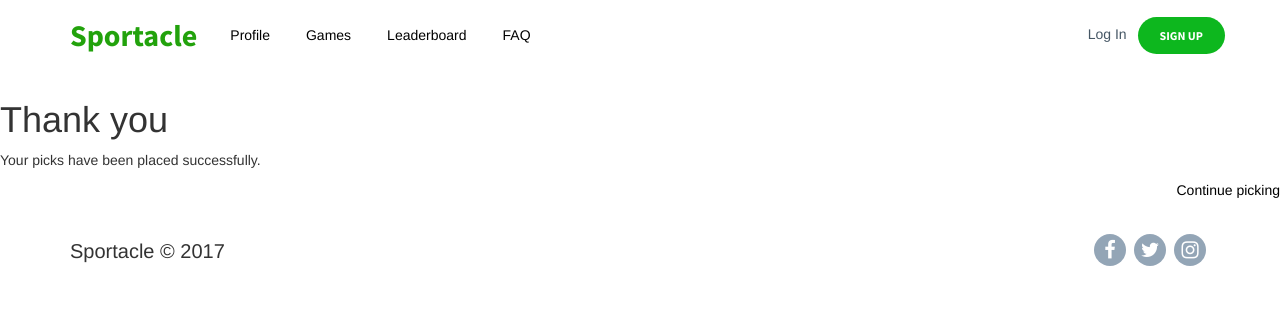
Repository: hartigan89/sportacle
Page: templates/picks/created.html
The author's editor kept a record of every edit. The page is drawn from the files as they stood at one moment, then again after the next edit.
The browser window is 1280 px wide. The pictures show the whole page.
The template is drawn by Django 2.2. The application's start-up code is not run. Other server files are loaded and not shown. The template is opened directly, without the code that normally fills it, so the values that code supplies are empty.

Above is the page before.

### templates/picks/created.html
{% extends "base/base.html" %}
{% block title %}Sportacle{% endblock %}

{% block content %}
    <h1>Thank you</h1>
    <p>Your picks have been placed successfully.</p>
    <p class="text-right">
        <a href="{% url "gamelist" %}" class="button light">Continue picking</a>
    </p>
{% endblock %}

### templates/base/base.html
{% load static %}
<!DOCTYPE html>
<html>

<head>
    <meta charset="utf-8">
    <meta name="viewport" content="width=device-width, initial-scale=1.0">
    <link href="{% static "base/bootstrap/css/bootstrap.min.css" %}" rel="stylesheet">
    <link href="{% static "base/fonts/ionicons.min.css" %}" rel="stylesheet">
    <link href="{% static "base/fonts/font-awesome.min.css" %}" rel="stylesheet">
    <link href="{% static "base/css/site-footer.css" %}" rel="stylesheet">
    <link href="{% static "base/css/Navigation-with-Button1.css" %}" rel="stylesheet">
    <link href="{% static "base/css/styles.css" %}" rel="stylesheet">
    <link rel="stylesheet" href="https://fonts.googleapis.com/css?family=Source+Sans+Pro:300,400,700,400italic">
    <link rel="stylesheet" href="{% static "faq/bootstrap/css/bootstrap.min.css" %}">
    <link rel="stylesheet" href="{% static "faq/css/FAQ-Frequentlly-Asked-Questions.css" %}">
    <link rel="stylesheet" href="{% static "faq/css/FAQ-Frequentlly-Asked-Questions1.css" %}">
    <link rel="stylesheet" href="{% static "css/styles.css" %}">
</head>

<body>
    <div>
        <nav class="navbar navbar-fixed-top navigation-clean-button">
            <div class="container">
                <div class="navbar-header"><a class="navbar-brand navbar-link" href="{% url "landing" %}" style="color:rgb(34,162,12);font-size:30px;font-family:Source Sans Pro;">Sportacle </a>
                    <button class="navbar-toggle collapsed" data-toggle="collapse" data-target="#navcol-1"><span class="sr-only">Toggle navigation</span><span class="icon-bar"></span><span class="icon-bar"></span><span class="icon-bar"></span></button>
                </div>
                <div class="collapse navbar-collapse" id="navcol-1">
                    <ul class="nav navbar-nav">
                        {% if user.is_authenticated %}
                            <li role="presentation"><a href="{% url "profile" request.user.username %}">Profile </a></li>
                        {% else %}
                            <li role="presentation"><a href="{% url "login" %}">Profile </a></li>
                        {% endif %}
                        <li role="presentation"><a href="{% url "gamelist" %}">Games </a></li>
                        <li role="presentation"><a href="{% url "leaderboard" %}">Leaderboard </a></li>
                        <li role="presentation"><a href="#">FAQ </a></li>
                    </ul>
                    <p class="navbar-text navbar-right actions">
                        {% if user.is_authenticated %}
                            {% with total_items=cart|length %}
                                {% if cart|length > 0 %}
                                    Your pick card:
                                    <a href="{% url "cart:cart_detail" %}">
                                        {{ total_items }} pick{{ total_items|pluralize }}
                                    </a>
                                     |
                                {% else %}
                                    Your card is empty |
                                {% endif %}
                            {% endwith %}
                            Logged in as: <a href="{% url "profile" request.user.username %}">{{ user.get_username }}</a> |
                            <a href="{% url "logout" %}">Log Out</a>
                        {% else %}
                            <a class="navbar-link login" href="{% url "login" %}">Log In</a> <a class="btn btn-default action-button" role="button" href="{% url "landing" %}" style="background-color:rgb(13,183,30);">Sign Up</a>
                        {% endif %}
                    </p>
                </div>
            </div>
        </nav>
    </div>

    <div>
        {% block content %}
        {% endblock %}
    </div>

    <div>
        <footer class="site-footer">
            <div class="container">
                <div class="row">
                    <div class="col-sm-6">
                        <h5>Sportacle © 2017</h5></div>
                    <div class="col-sm-6 social-icons"><a href="#"><i class="fa fa-facebook"></i></a><a href="#"><i class="fa fa-twitter"></i></a><a href="#"><i class="fa fa-instagram"></i></a></div>
                </div>
            </div>
    </footer>
    </div>
    <script src={% static "base/js/jquery.min.js" %}></script>
    <script src={% static "base/bootstrap/js/bootstrap.min.js" %}></script>
</body>

</html>

### static/base/css/site-footer.css
.site-footer {
  padding:20px 0;
  text-align:center;
}

@media (min-width:768px) {
  .site-footer h5 {
    text-align:left;
  }
}

.site-footer h5 {
  color:inherit;
  font-size:20px;
}

.site-footer .social-icons a:hover {
  opacity:1;
}

.site-footer .social-icons a {
  display:inline-block;
  width:32px;
  border:none;
  font-size:20px;
  border-radius:50%;
  margin:4px;
  color:#fff;
  text-align:center;
  background-color:#798FA5;
  height:32px;
  opacity:0.8;
  line-height:32px;
}

@media (min-width:768px) {
  .site-footer .social-icons {
    text-align:right;
  }
}

### static/base/css/Navigation-with-Button1.css
.navbar {
  margin-bottom:0;
}

.subnav {
  margin:0;
  top: 0px;
  z-index: 1020;
  background-color: rgb(247,247,247);
  border-bottom: 1px solid #E1E1E1;
  padding: 8px 0px 0px 0px;
}

.subnav.affix {
  position: fixed;
  top: 0;
  width: 100%;
  z-index:10;
}

.navigation-clean-button {
  background:#fff;
  padding-top:10px;
  padding-bottom:10px;
  color:#333;
  border-radius:0;
  box-shadow:none;
  border:none;
  margin-bottom:0;
}

@media (max-width:767px) {
  .navigation-clean-button {
    padding-top:0;
    padding-bottom:0;
  }
}

@media (max-width:767px) {
  .navigation-clean-button .navbar-header {
    padding-top:10px;
    padding-bottom:10px;
  }
}

@media (max-width:767px) {
  .navigation-clean-button .navbar-right {
    margin-bottom:20px;
  }
}

.navigation-clean-button .navbar-brand {
  font-weight:bold;
  color:inherit;
}

.navigation-clean-button .navbar-brand:hover {
  color:#222;
}

.navigation-clean-button.navbar-inverse .navbar-brand:hover {
  color:#f0f0f0;
}

.navigation-clean-button .navbar-brand img {
  height:100%;
  display:inline-block;
  margin-right:10px;
  width:auto;
}

.navigation-clean-button .navbar-toggle {
  border-color:#ddd;
}

.navigation-clean-button .navbar-toggle:hover, .navigation-clean-button .navbar-toggle:focus {
  background:none;
}

.navigation-clean-button.navbar-inverse .navbar-toggle {
  border-color:#555;
}

.navigation-clean-button .navbar-toggle .icon-bar {
  background-color:#888;
}

.navigation-clean-button.navbar-inverse .navbar-toggle .icon-bar {
  background-color:#eee;
}

.navigation-clean-button .navbar-collapse, .navigation-clean-button .navbar-form {
  border-top-color:#ddd;
}

.navigation-clean-button.navbar-inverse .navbar-collapse, .navigation-clean-button.navbar-inverse .navbar-form {
  border-top-color:#333;
}

.navigation-clean-button .navbar-nav > .active > a, .navigation-clean-button .navbar-nav > .open > a {
  background:none;
  box-shadow:none;
}

.navigation-clean-button.navbar-default .navbar-nav > .active > a, .navigation-clean-button.navbar-default .navbar-nav > .active > a:focus, .navigation-clean-button.navbar-default .navbar-nav > .active > a:hover {
  color:#8f8f8f;
  box-shadow:none;
  background:none;
  pointer-events:none;
}

.navigation-clean-button.navbar .navbar-nav > li > a {
  padding-left:18px;
  padding-right:18px;
}

.navigation-clean-button.navbar-default .navbar-nav > li > a {
  color:#465765;
}

.navigation-clean-button.navbar-default .navbar-nav > li > a:focus, .navigation-clean-button.navbar-default .navbar-nav > li > a:hover {
  color:#37434d !important;
  background-color:transparent;
}

.navigation-clean-button .navbar-nav > li > .dropdown-menu {
  margin-top:-5px;
  box-shadow:0 4px 8px rgba(0,0,0,.1);
  background-color:#fff;
  border-radius:2px;
}

.navigation-clean-button .dropdown-menu > li > a:focus, .navigation-clean-button .dropdown-menu > li > a {
  line-height:2;
  font-size:14px;
  color:#37434d;
}

.navigation-clean-button .dropdown-menu > li > a:focus, .navigation-clean-button .dropdown-menu > li > a:hover {
  background:#eee;
  color:inherit;
}

@media (max-width:767px) {
  .navigation-clean-button .navbar-nav .open .dropdown-menu {
    box-shadow:none;
  }
}

@media (max-width:767px) {
  .navigation-clean-button .navbar-nav .open .dropdown-menu > li > a {
    color:#37434d;
    padding-top:12px;
    padding-bottom:12px;
    line-height:1;
  }
}

.navigation-clean-button.navbar-inverse {
  background-color:#1f2021;
  color:#fff;
}

.navigation-clean-button.navbar-inverse .navbar-nav > .active > a, .navigation-clean-button.navbar-inverse .navbar-nav > .active > a:focus, .navigation-clean-button.navbar-inverse .navbar-nav > .active > a:hover {
  color:#8f8f8f;
  box-shadow:none;
  background:none;
  pointer-events:none;
}

.navigation-clean-button.navbar-inverse .navbar-nav > li > a {
  color:#dfe8ee;
}

.navigation-clean-button.navbar-inverse .navbar-nav > li > a:focus, .navigation-clean-button.navbar-inverse .navbar-nav > li > a:hover {
  color:#fff !important;
  background-color:transparent;
}

.navigation-clean-button.navbar-inverse .navbar-nav > li > .dropdown-menu {
  background-color:#1f2021;
}

.navigation-clean-button.navbar-inverse .dropdown-menu > li > a:focus, .navigation-clean-button.navbar-inverse .dropdown-menu > li > a {
  color:#f2f5f8;
}

.navigation-clean-button.navbar-inverse .dropdown-menu > li > a:focus, .navigation-clean-button.navbar-inverse .dropdown-menu > li > a:hover {
  background:#363739;
}

@media (max-width:767px) {
  .navigation-clean-button.navbar-inverse .navbar-nav .open .dropdown-menu > li > a {
    color:#fff;
  }
}

.navigation-clean-button .actions {
  margin-top:7px;
  margin-bottom:0;
}

.navigation-clean-button .actions .login {
  margin-right:7px;
  text-decoration:none;
  color:#465765;
}

.navigation-clean-button.navbar-inverse .actions .login {
  color:#dfe8ee;
}

.navigation-clean-button.navbar-inverse .actions .login:hover {
  color:#fff;
}

.navigation-clean-button .action-button, .navigation-clean-button .action-button:active {
  background:#07ac0b;
  border-radius:20px;
  color:#fff;
  box-shadow:none;
  border:none;
  text-shadow:none;
  padding:10px 22px;
  transition:background-color 0.25s;
  text-transform: uppercase;
  font-size: 12px;
  font-family:Source Sans Pro;
}

.navigation-clean-button .action-button:hover {
  background: #3aa33d;
}

.navigation-clean-button .plain-button, .navigation-clean-button .plain-button:active {
  background:#8b8f96;
  border-radius:20px;
  color:#fff;
  box-shadow:none;
  border:none;
  text-shadow:none;
  padding:10px 22px;
  transition:background-color 0.25s;
  text-transform: uppercase;
  font-size: 12px;
  font-family:Source Sans Pro;
}

.navigation-clean-button .plain-button:hover {
  background: #939496;
}

.navigation-clean-button.navbar-inverse .action-button, .navigation-clean-button.navbar-inverse .action-button:active {
  background:#208f8f;
}

.navigation-clean-button.navbar-inverse .action-button:hover {
  background:#269d9d;
}

### static/base/css/styles.css
body {
    padding-top: 80px;
  }

a {
    color:#000000;
}

a:hover {
    color:#07ac0b;
}

.btn {
    background:#fff;
    padding-top:10px;
    padding-bottom:10px;
    color:#333;
    box-shadow:none;
    border:none;
    margin-bottom:0;
    font-weight: 700;
    text-transform: uppercase;
    font-size: 12px;
    font-family: Source Sans Pro;
}

.btn:focus, .btn:active:focus, .btn.active:focus {
    outline: 0 none;
}

.btn-primary {
    background:#07ac0b;
    color:#fff;
    box-shadow:none;
    border:none;
    text-shadow:none;
    padding:10px 22px;
    transition:background-color 0.25s;
}

.btn-primary:hover, .btn-primary:focus, .btn-primary:active, .btn-primary.active, .open > .dropdown-toggle.btn-primary {
    background: #3aa33d;
    color: #fff;
}

.btn-primary:active, .btn-primary.active {
    background: #3aa33d;
    box-shadow: none;
}

.btn-remove {
    background:#8b8f96;
    color:#fff;
    box-shadow:none;
    border:none;
    text-shadow:none;
    padding:10px 22px;
    transition:background-color 0.25s;
}

.btn-remove:hover, .btn-remove:focus, .btn-remove:active, .btn-remove.active, .open > .dropdown-toggle.btn-remove {
    background: #ff0000;
    color: #fff;
}

.btn-remove:active, .btn-remove.active {
    background: #ff0000;
    box-shadow: none;
}

.btn-switch {
    background:#8b8f96;
    color:#fff;
    box-shadow:none;
    border:none;
    text-shadow:none;
    padding:10px 22px;
    transition:background-color 0.25s;
}

.btn-switch:hover, .btn-switch:focus, .btn-switch:active, .btn-switch.active, .open > .dropdown-toggle.btn-switch {
    background: #4286f4;
    color: #fff;
}

.btn-switch:active, .btn-switch.active {
    background: #4286f4;
    box-shadow: none;
}

.btn-plain {
    background:#8b8f96;
    color:#fff;
    box-shadow:none;
    border:none;
    text-shadow:none;
    padding:10px 22px;
    transition:background-color 0.25s;
}

.btn-plain:hover, .btn-plain:focus, .btn-plain:active, .btn-plain.active, .open > .dropdown-toggle.btn-plain {
    background: #939496;
    color: #fff;
}

.btn-plain:active, .btn-plain.active {
    background: #939496;
    box-shadow: none;
}

.btn.sharp {
  border-radius:0;
}

.btn.round {
	border-radius: 20px;
}

table th, table td {
    text-align:center;
    font-size:14px;
    padding:10px;
    margin:0;
}

thead th {
    text-align:center;
    font-weight:bold;
}

table.games {
    table-layout: fixed;
}

#sidebar ul{
    margin:0;
    padding:0;
}

#sidebar ul li {
    margin:0;
    list-style:none;
    padding:10px 14px;
}

#sidebar ul li a {
    display:block;
}

#sidebar ul li.selected {
    background:#07ac0b;
    border-radius:4px;
}

#sidebar ul li.selected a {
    color:#fff;
}

### static/faq/css/FAQ-Frequentlly-Asked-Questions.css
.faqHeader {
  font-size:27px;
  margin:20px;
}

.panel-heading [data-toggle="collapse"]:after {
  font-family:'FontAwesome';
  content:"\f078";
  float:right;
  color:#F58723;
  font-size:18px;
  line-height:22px;
}

.panel-heading [data-toggle="collapse"].collapsed:after {
  color:#454444;
}

### static/faq/css/FAQ-Frequentlly-Asked-Questions1.css
.faqHeader {
  font-size:27px;
  margin:20px;
}

.panel-heading [data-toggle="collapse"]:after {
  font-family:'FontAwesome';
  content:"\f078";
  float:right;
  color:#F58723;
  font-size:18px;
  line-height:22px;
}

.panel-heading [data-toggle="collapse"].collapsed:after {
  color:#454444;
}

Loaded but not shown: static/base/bootstrap/css/bootstrap.min.css (library); static/base/fonts/ionicons.min.css (library); static/base/fonts/font-awesome.min.css (library); static/faq/bootstrap/css/bootstrap.min.css (library); static/base/js/jquery.min.js (library); static/base/bootstrap/js/bootstrap.min.js (library)

After the next edit:
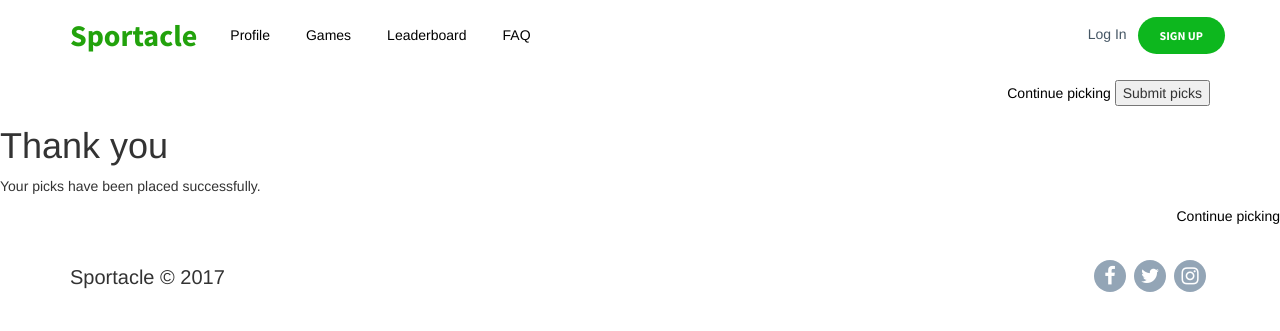
The edit:
--- a/templates/picks/created.html
+++ b/templates/picks/created.html
@@ -2,6 +2,20 @@
 {% block title %}Sportacle{% endblock %}
 
 {% block content %}
+<div>
+    <div class="container">
+        <div class="row">
+            <div class="col-md-12">
+                <form action="{% url "picks:pick_create" %}" method="post" class="text-right">
+                {% csrf_token %}
+                <a href="{% url "gamelist" %}">Continue picking</a>
+                <input type="submit" class="button" value="Submit picks">
+            </form>
+            </div>
+        </div>
+    </div>
+</div>
+
     <h1>Thank you</h1>
     <p>Your picks have been placed successfully.</p>
     <p class="text-right">
